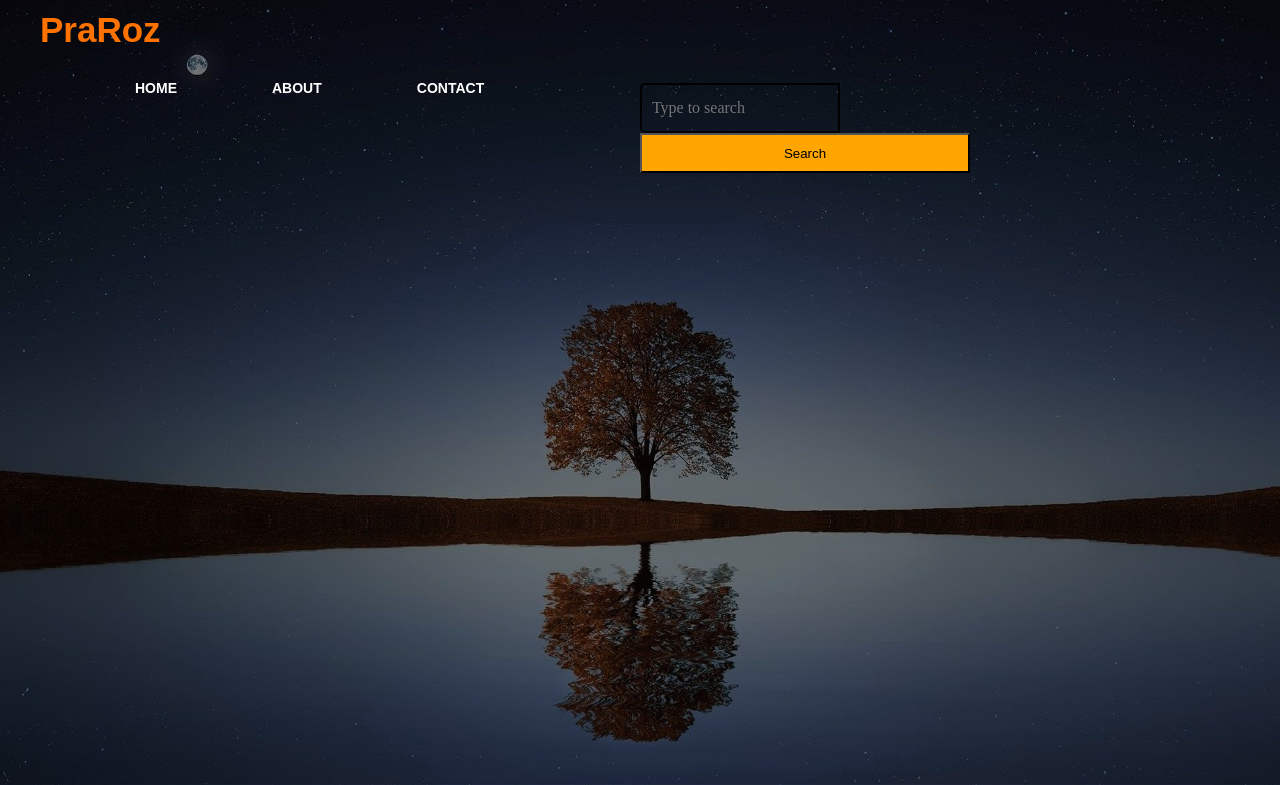
Repository: Cedrqmwesigwa/web-design-course
Page: index.html
The author's editor kept a copy of each file at every save. The page is drawn from the files as they stood at one save, then again after a run of saves.
The browser window is 1280 px wide. The pictures show the whole page.

Above is the page before, as saved 2024-04-03 20:09:29.

### index.html
<!DOCTYPE html>
<html lang="en">
<head>
    <title>My Website</title>
    <link rel="stylesheet" href="style.css"/>
</head>
<body>
    <div class="main">
        <div class="navbar">
            <div class="icon">
                <h2 class="logo">PraRoz</h2>
            </div>
            <div class="menu">
                <ul>
                    <li><a href="#">HOME</a></li>
                    <li><a href="#">ABOUT</a></li>
                    <li><a href="#">CONTACT</a></li>
                </ul>
            </div>
            <div class="search">
                <input type="search" class="srch" name="" placeholder="Type to search">
                <a href="#"><button class="btn">Search</button></a>
            </i></div>
        </div>
    </div>


</body>
</html>

### style.css
*{
    margin: 0;
    padding: 0;
}

.main{
    width: 100% ;
    background: linear-gradient(to top, rgba(0,0,0,0.5)50%, rgba(0, 0, 0, 0.5)50%), url(1.jpg);
    background-position: center;
    background-size: cover;
    height: 109vh;
}

.navbar{
    width: 1200px;
    height: 75px;
    margin:  auto;
}

.icon{
    width: 200px;
    font: left;
    height: 70px;
}

.logo {
    color: #ff7200;
    font-size: 35px;
    font-family: Arial;
    float: left;
    padding-top: 10px;
}

.menu{
    width: 400px;
    float: left;
    height: 70px;
}

ul{
    float: left;
    display: flex;
    justify-content: center;
    align-items: center;
}

ul li{
    list-style: none;
    margin-left: 95px;
    margin-top: 10px;
    font-size: 14px;
}

ul li a{
    text-decoration: none;
    color: white;
    font-family: Arial;
    font-weight: bold;
    transition: .4 ease-in-out;
}

ul li a:hover{
    color:#ff7200
}

.search{
    width: 330px;
    float: left;
    margin-left: 200px;
}

.srch{
    font-family: "Times New Roman";
    width: 200px;
    height: 50px;
    padding: 3%;
    background: transparent;
    border-top: 5px;
    border-bottom-left-radius: 5px;
    border-top-left-radius: 5px;
    font-size: 16px;
    color: white;
    margin-top:13px;
    border: 2px solid  #000;
}

.btn{
    width:100%;
    height: 40px;
    background: orange;

}

.btn:focus{
    outline: none;
}
.srch:focus{
    outline:none;
}

After the next 2 saves:
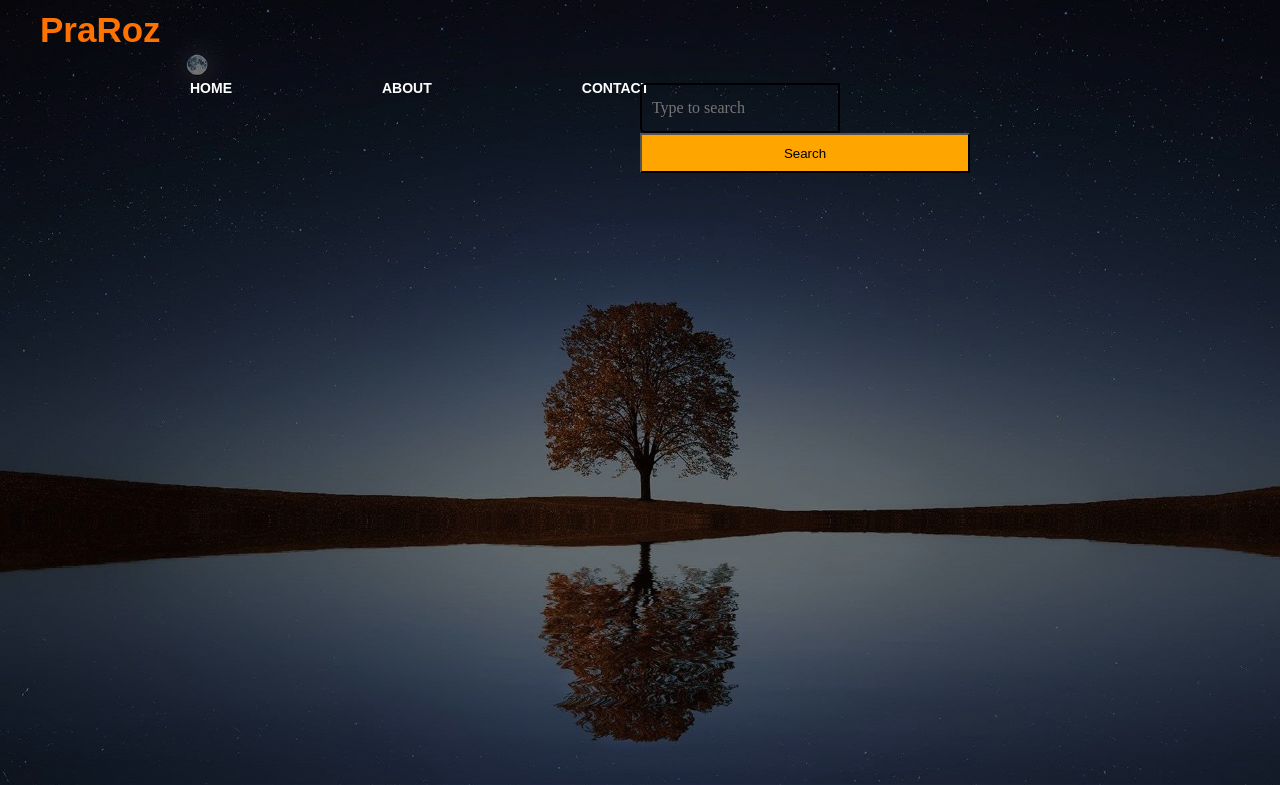
The 2 saves are shown as one change because they came seconds apart.
The last was saved 28 s later.
--- a/style.css
+++ b/style.css
@@ -46,7 +46,7 @@ ul{
 
 ul li{
     list-style: none;
-    margin-left: 95px;
+    margin-left: 150px;
     margin-top: 10px;
     font-size: 14px;
 }
